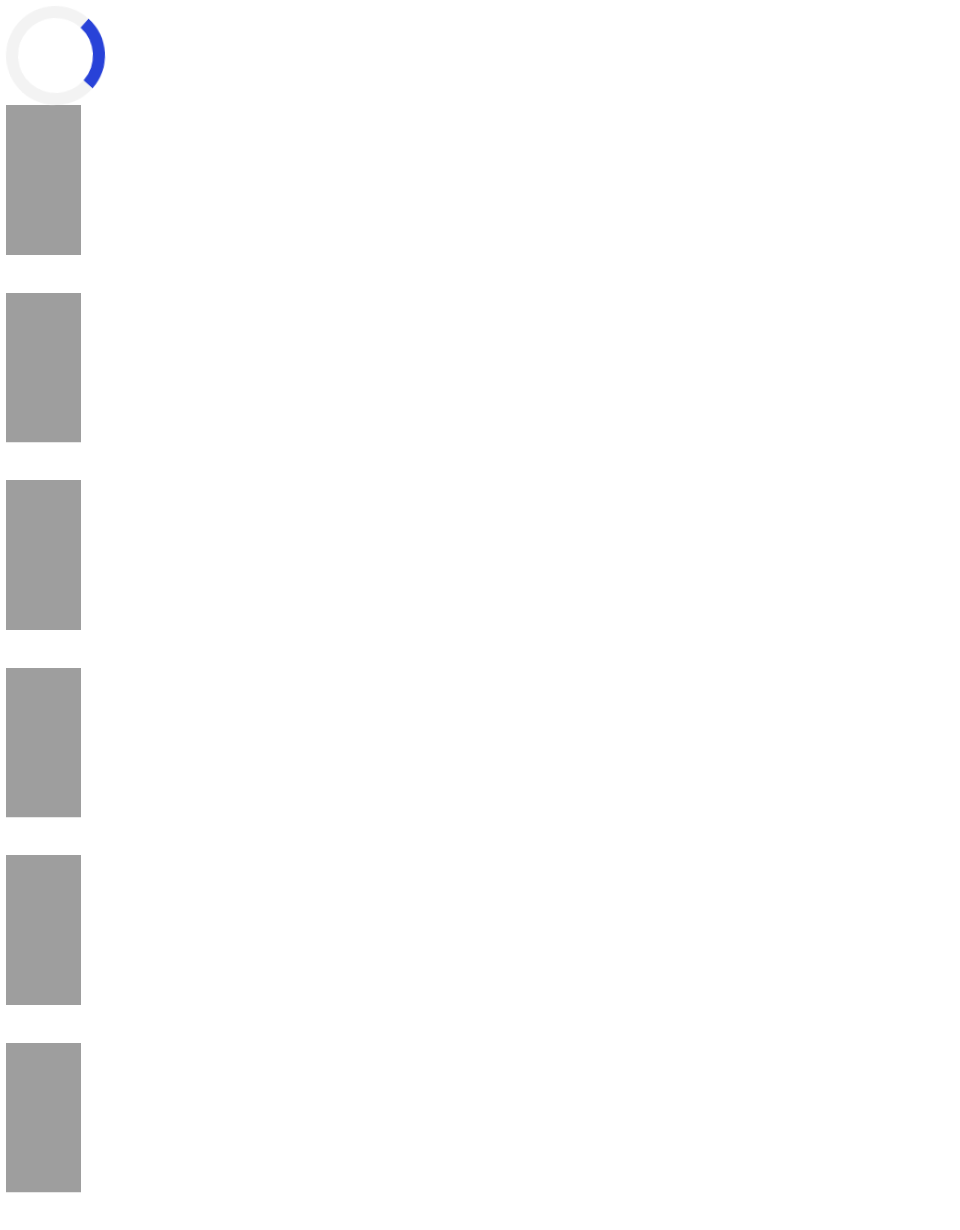
Repository: 1166544/c-toural
Page: packages/test.html
These files come from the project's save history. The page is drawn as it stood at one moment and after a run of saves; the edit follows.
The browser window is 1280 px wide. The pictures show the whole page, at 75% of full size.
Pictures or frames that could not be fetched are drawn as grey boxes.

Above is the page before, as saved 2021-01-04 11:25:30.

After the next 2 saves:
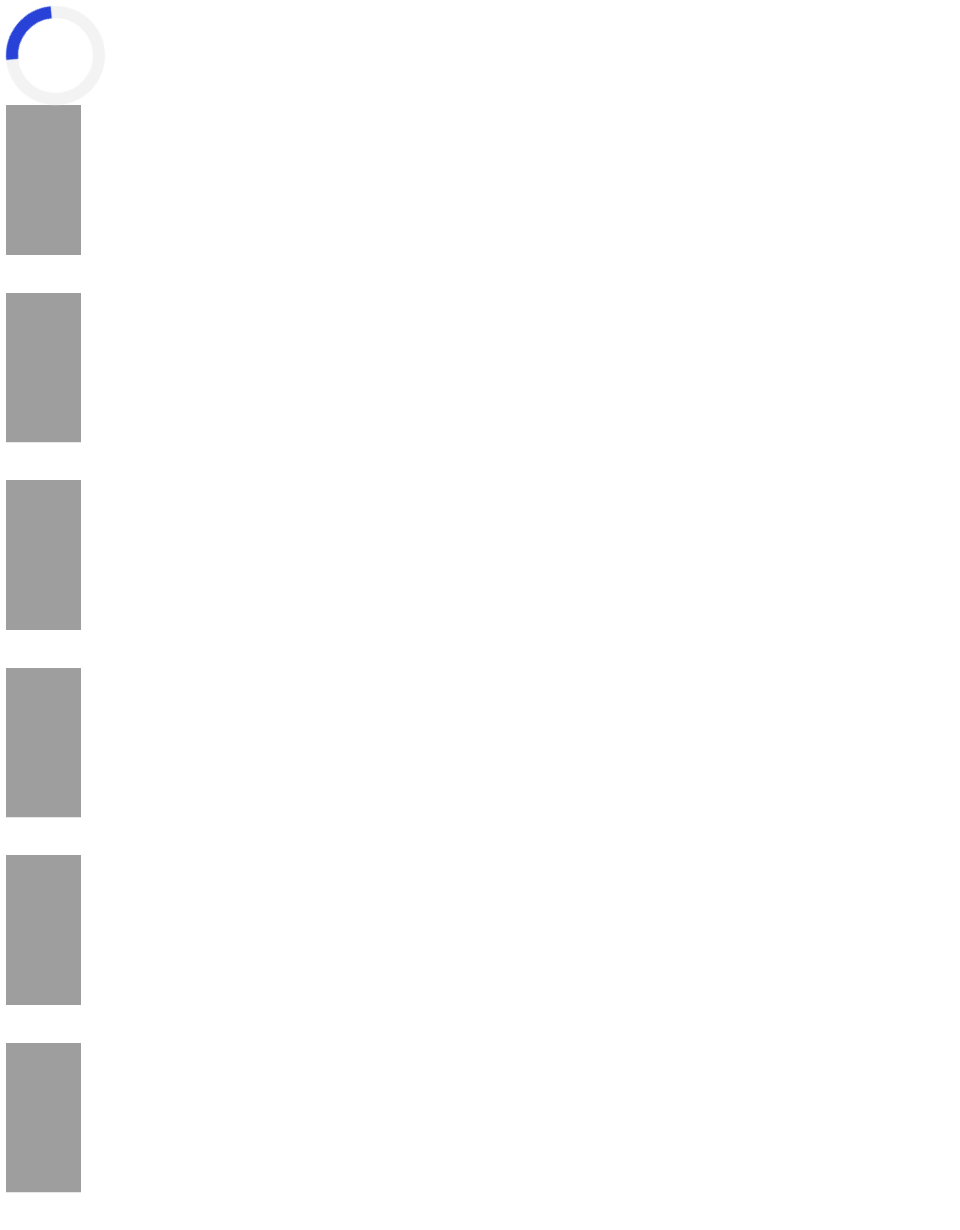
The 2 saves are shown as one change because they came seconds apart.
The last was saved 9 s later.
--- a/packages/test.html
+++ b/packages/test.html
@@ -26,11 +26,8 @@
             0% {
                 transform: rotate(0deg);
             }
-            0% {
-                transform: rotate(5deg);
-            }
             100% {
-                transform: rotate(100deg);
+                transform: rotate(360deg);
             }
         }
     </style>
